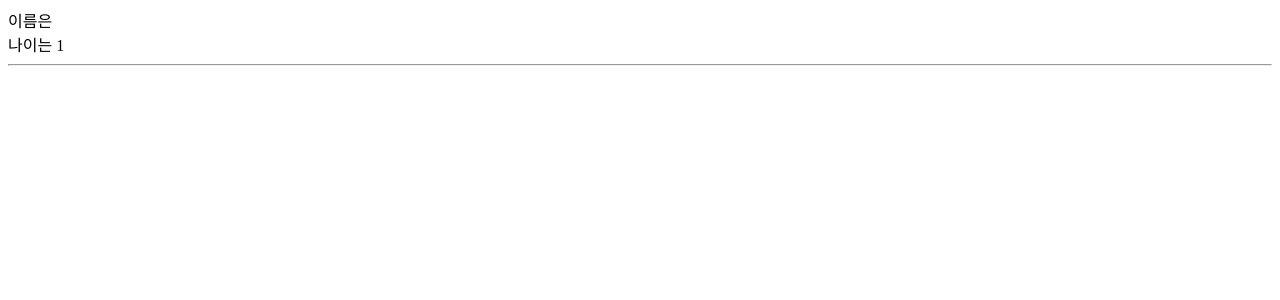
Repository: JaeYong-An/jstl
Page: http://localhost/jstl_study/step-3.jsp
The author's editor kept a copy of each file at every save. The page is drawn from the files as they stood at one save, then again after the next save.
The browser window is 1280 px wide. The pictures show the whole page.
The page is served by Tomcat 9.

Above is the page before, as saved 2023-11-22 05:41:35.

After the next save:
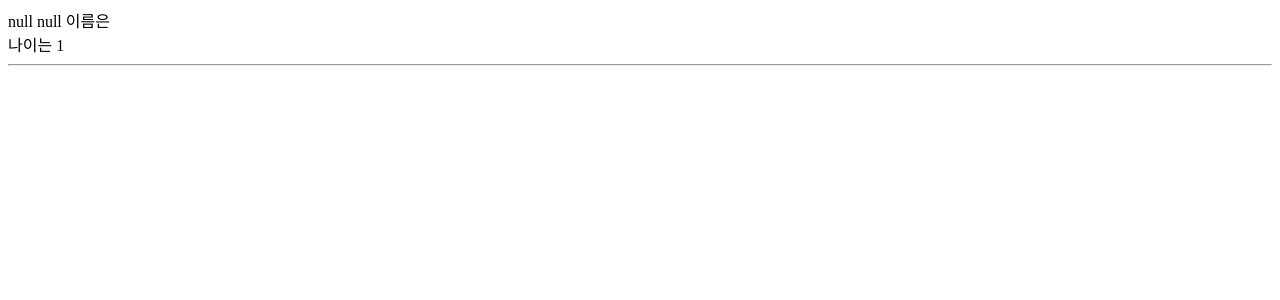
Saved 2 min 10 s later.
--- a/jstl_study/src/main/webapp/step-3.jsp
+++ b/jstl_study/src/main/webapp/step-3.jsp
@@ -8,6 +8,11 @@
 <title>Insert title here</title>
 </head>
 <body>
+
+	<%= request.getParameter("name") %>
+	<%= request.getParameter("age"+1) %>
+
+	<!-- EL방식은 내부적으로 형변환을 하여 연산이 가능함 -->
 	이름은 ${param.name }<br>
 	나이는 ${param.age+1 }
 	<hr>
